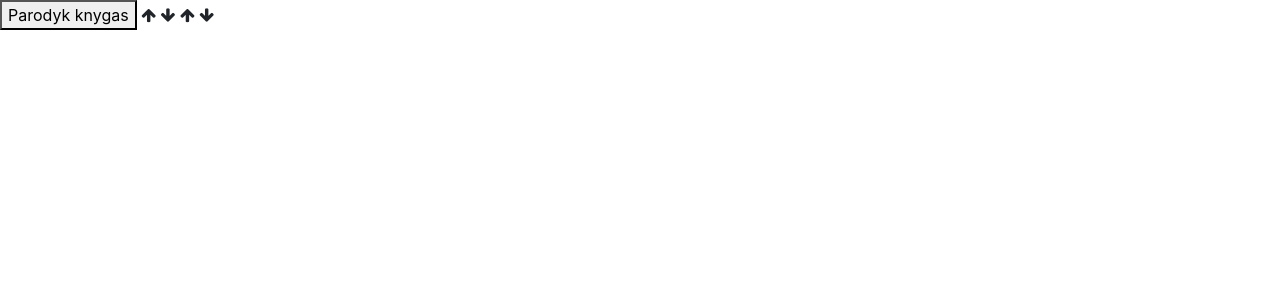
Repository: motiejus1/17-paskaita-PHP-05.31
Page: http://localhost/testavimas/ajax_uzklausa_jquery.php
The author's editor kept a copy of each file at every save. The page is drawn from the files as they stood at one save, then again after the next save.
The browser window is 1280 px wide. The pictures show the whole page.
Some web libraries are served in a nearby version. The page is run by PHP 8.4 with error messages shown; the project is at /var/www/html/.

Above is the page before, as saved 2021-09-16 20:38:31.

### testavimas/ajax_uzklausa_jquery.php
<!DOCTYPE html>
<html lang="en">
<head>
    <meta charset="UTF-8">
    <meta http-equiv="X-UA-Compatible" content="IE=edge">
    <meta name="viewport" content="width=device-width, initial-scale=1.0">
    <title>Jquery Ajax</title>

    <?php require_once("../includes.php"); ?>


</head>
<body>
    <?php //parodysim visas knygas ?>
    <button id="show">Parodyk knygas</button>




    <i class="fa fa-arrow-up desc" id="desc-knygos-ID"></i>
    <i class="fa fa-arrow-down asc" id="asc-knygos-ID "></i>

    <i class="fa fa-arrow-up desc" id="desc-knygos-pavadinimas"></i>
    <i class="fa fa-arrow-down asc" id="asc-knygos-pavadinimas"></i>







    <div id="result">

    </div>

    <script src="script_test.js"></script>
</body>
</html>

### includes.php
<?php

echo '


<link rel="stylesheet" href="https://maxcdn.bootstrapcdn.com/bootstrap/4.0.0/css/bootstrap.min.css" integrity="sha384-Gn5384xqQ1aoWXA+058RXPxPg6fy4IWvTNh0E263XmFcJlSAwiGgFAW/dAiS6JXm" crossorigin="anonymous">
<script src="https://code.jquery.com/jquery-3.2.1.min.js"></script>
<script src="https://cdnjs.cloudflare.com/ajax/libs/popper.js/1.12.9/umd/popper.min.js" integrity="sha384-ApNbgh9B+Y1QKtv3Rn7W3mgPxhU9K/ScQsAP7hUibX39j7fakFPskvXusvfa0b4Q" crossorigin="anonymous"></script>
<script src="https://maxcdn.bootstrapcdn.com/bootstrap/4.0.0/js/bootstrap.min.js" integrity="sha384-JZR6Spejh4U02d8jOt6vLEHfe/JQGiRRSQQxSfFWpi1MquVdAyjUar5+76PVCmYl" crossorigin="anonymous"></script>
<link
  href="http://cdnjs.cloudflare.com/ajax/libs/font-awesome/4.3.0/css/font-awesome.css"
  rel="stylesheet"  type="text/css">
';
?>

### testavimas/script_test.js
$(document).ready(function() {




    //paprasta Javascript
    // document.querySelector("#show").addEventListener("click", function() {
    //     //"veiksmai"
    // });

    //Jquery
    $("#show").click(function() {
        //mygtuko show paspaudimas
        console.log("Jquery pasirinkimas veikia");

        $.ajax({
            url: "action.php",
            type: "get", // method get/post
            success: function(response) {
                $("#result").html(response);

                // document.querySelector("#result").innerHtml = response;
                // document.querySelector("#output").innerHTML = this.responseText; //

            }
        });

    });

    //rodykliu paspaudimai

    $(".asc, .desc").click(function() {
        //mygtuko show paspaudimas

        //sortCollumn

        var pressedButton = $(this); //sugeba atskirti elementa kuris yra paspaustas
        var sortOrder = pressedButton.attr("id"); //rikiavimo tvarka asc/desc

        console.log("Rodykle paspausta " + sortOrder);

        $.ajax({
            url: "action.php",
            type: "get", // method get/post
            data: {"sortOrder": sortOrder },
            success: function(response) {
                $("#result").html(response);

                // document.querySelector("#result").innerHtml = response;
                // document.querySelector("#output").innerHTML = this.responseText; //

            }
        });

    });




});

After the next save:
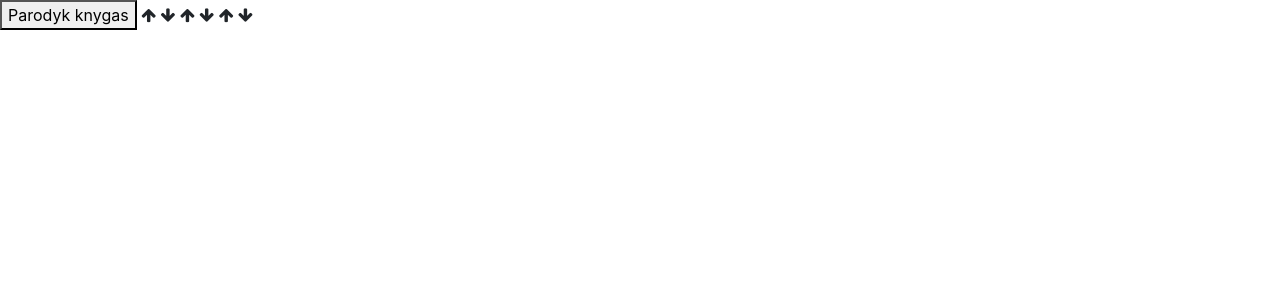
Saved 18 s later.
--- a/testavimas/ajax_uzklausa_jquery.php
+++ b/testavimas/ajax_uzklausa_jquery.php
@@ -23,7 +23,8 @@
     <i class="fa fa-arrow-up desc" id="desc-knygos-pavadinimas"></i>
     <i class="fa fa-arrow-down asc" id="asc-knygos-pavadinimas"></i>
 
-
+    <i class="fa fa-arrow-up desc" id="desc-knygos-pavadinimas"></i>
+    <i class="fa fa-arrow-down asc" id="asc-knygos-pavadinimas"></i>
 
 
 
